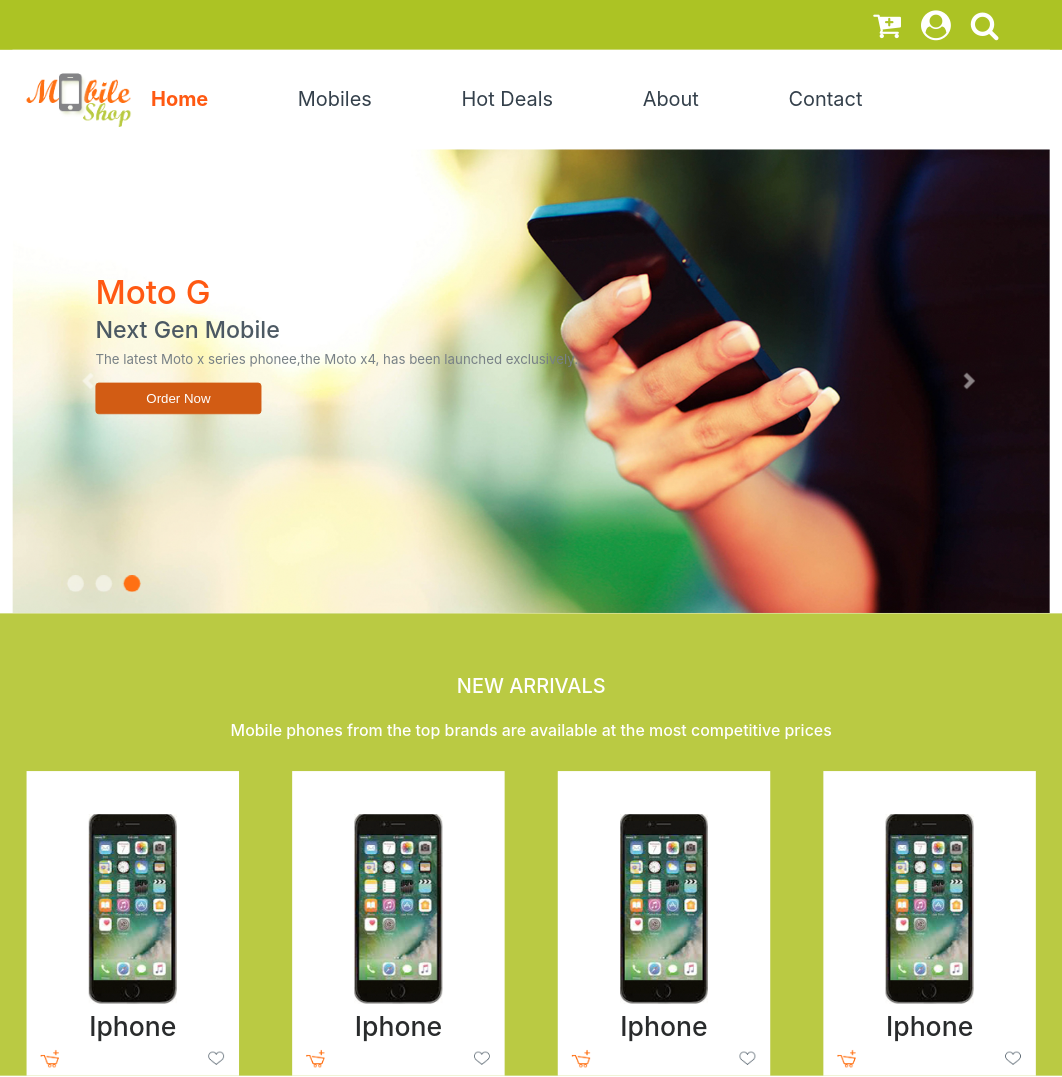
Repository: rajmohanr/mobile
Page: index.html
The author's editor kept a copy of each file at every save. The page is drawn from the files as they stood at one save, then again after the next save.
The browser window is 1280 px wide. The pictures show the whole page, at 83% of full size.

Above is the page before, as saved 2018-04-01 12:06:30.
Console error (its wording comes from the project's code and is left out).

### index.html
<!DOCTYPE html>
<html lang="en">
  <head>
    <meta charset="utf-8">
    <meta http-equiv="X-UA-Compatible" content="IE=edge">
    <meta name="viewport" content="width=device-width, initial-scale=1">

    <title>Bootstrap 4, from LayoutIt!</title>

    <meta name="description" content="Source code generated using layoutit.com">
    <meta name="author" content="LayoutIt!">

    <link href="css/bootstrap.min.css" rel="stylesheet">
	<link href="css/style.css" rel="stylesheet">
	<link rel="stylesheet" href="https://cdnjs.cloudflare.com/ajax/libs/font-awesome/4.7.0/css/font-awesome.min.css">

  </head>
  <body>

    <div class="container-fluid">
	<div class="row">
		<div class="col-md-12">
			<div class="row">
				<div class="col-md-12 top-bar">
					<a href="#" class="top-bar-icons last-icon"><i class="fa fa-search"  style="font-size:36px;color:white;"></i></a>
					<a href="#" class="top-bar-icons"><i class="fa fa-user-circle"  style="font-size:36px;color:white;"></i></a>
					<a href="#" class="top-bar-icons"><i class="fa fa-cart-plus"  style="font-size:36px;color:white;"></i></a>
				</div>
			</div>
			<nav class="navbar navbar-toggleable-md navbar-light bg-faded">

				<button class="navbar-toggler navbar-toggler-right" type="button" data-toggle="collapse" data-target="#bs-example-navbar-collapse-1">
					<span class="navbar-toggler-icon"></span>
				</button> <a class="navbar-brand" href="#"><img src="images/logo.png" /></a>
				<div class="collapse navbar-collapse" id="bs-example-navbar-collapse-1">
					<ul class="navbar-nav float-md-right">
						<li class="nav-item active">
							 <a class="nav-link" href="#">Home <span class="sr-only">(current)</span></a>
						</li>
						<li class="nav-item">
							 <a class="nav-link" href="#">Mobiles</a>
						</li>
						<li class="nav-item">
								<a class="nav-link" href="#">Hot Deals</a>
						</li>
						<li class="nav-item">
								<a class="nav-link" href="#">About</a>
						</li>
						<li class="nav-item">
								<a class="nav-link" href="#">Contact</a>
						</li>
					</ul>
				</div>
			</nav>

			<div class="row">
				<div class="col-md-12">
					<div class="carousel slide" id="carousel-452932">
						<ol class="carousel-indicators">
							<li data-slide-to="0" data-target="#carousel-452932">
							</li>
							<li data-slide-to="1" data-target="#carousel-452932">
							</li>
							<li data-slide-to="2" data-target="#carousel-452932" class="active">
							</li>
						</ol>
						<div class="carousel-inner">
							<div class="carousel-item">
								<img class="d-block w-100" alt="Carousel Bootstrap First" src="images/carosuel.png" />
								<div class="carousel-caption">
									<h4>
										Moto G
									</h4>
									<h3>
										Next Gen Mobile
									</h3>
									<p>
										The latest Moto x series phonee,the Moto x4, has been launched exclusively.
									</p>
									<button type="button" class="btn btn-primary">Order Now</button>
								</div>
							</div>
							<div class="carousel-item">
								<img class="d-block w-100" alt="Carousel Bootstrap Second" src="images/carosuel.png" />
								<div class="carousel-caption">
									<h4>
										Moto G
									</h4>
									<h3>
										Next Gen Mobile
									</h3>
									<p>
										The latest Moto x series phonee,the Moto x4, has been launched exclusively.
									</p>
									<button type="button" class="btn btn-primary">Order Now</button>
								</div>
							</div>
							<div class="carousel-item active">
								<img class="d-block w-100" alt="Carousel Bootstrap Third" src="images/carosuel.png" />
								<div class="carousel-caption">
									<h4>
										Moto G
									</h4>
									<h3>
										Next Gen Mobile
									</h3>
									<p>
										The latest Moto x series phonee,the Moto x4, has been launched exclusively.
									</p>
									<button type="button" class="btn btn-primary">Order Now</button>
								</div>
							</div>
						</div> <a class="carousel-control-prev" href="#carousel-452932" data-slide="prev"><span class="carousel-control-prev-icon"></span> <span class="sr-only">Previous</span></a> <a class="carousel-control-next" href="#carousel-452932" data-slide="next"><span class="carousel-control-next-icon"></span> <span class="sr-only">Next</span></a>
					</div>
				</div>
			</div>

		</div>
	</div>
	<div id="middle-wrapper" class="row">
		<div class="col-md-12">
			<div id="middle-title" class="row">
				<div class="col-md-12">
					<h1 class="text-center">
							NEW ARRIVALS
					</h1>
					<h2 class="text-center">
						Mobile phones from the top brands are available at the most competitive prices
					</h2>
				</div>
			</div>
			<div id="middle-box" class="row">
				<div class="col-md-3 middle-box-cont">

					<div class="image-section">
						<img src="images/mobile1.png" class="img-fluid" />
					</div>
					<div class="title-section">
						<h2>
							Iphone
						</h2>
					</div>
					<div class="bottom-section">
						<div class="cart-sec">
							<a href="#"><img src="images/cart.png"></a>
						</div>
						<div class="wishlist-sec">
							<a href="#"><img src="images/whishlist.png"></a>
						</div>

					</div>
				</div>
				<div class="col-md-3 middle-box-cont">

						<div class="image-section">
							<img src="images/mobile1.png" class="img-fluid" />
						</div>
						<div class="title-section">
							<h2>
								Iphone
							</h2>
						</div>
						<div class="bottom-section">
							<div class="cart-sec">
								<a href="#"><img src="images/cart.png"></a>
							</div>
							<div class="wishlist-sec">
								<a href="#"><img src="images/whishlist.png"></a>
							</div>

						</div>
					</div>
					<div class="col-md-3 middle-box-cont">

							<div class="image-section">
								<img src="images/mobile1.png" class="img-fluid" />
							</div>
							<div class="title-section">
								<h2>
									Iphone
								</h2>
							</div>
							<div class="bottom-section">
								<div class="cart-sec">
									<a href="#"><img src="images/cart.png"></a>
								</div>
								<div class="wishlist-sec">
									<a href="#"><img src="images/whishlist.png"></a>
								</div>

							</div>
						</div>
						<div class="col-md-3 middle-box-cont">

							<div class="image-section">
								<img src="images/mobile1.png" class="img-fluid" />
							</div>
							<div class="title-section">
								<h2>
									Iphone
								</h2>
							</div>
							<div class="bottom-section">
								<div class="cart-sec">
									<a href="#"><img src="images/cart.png"></a>
								</div>
								<div class="wishlist-sec">
									<a href="#"><img src="images/whishlist.png"></a>
								</div>

							</div>
						</div>
			</div>
		</div>
	</div>
	<div class="row">
		<div class="col-md-12">
		</div>
	</div>
</div>

    <script src="js/jquery.min.js"></script>
    <script src="js/bootstrap.min.js"></script>
    <script src="js/scripts.js"></script>
  </body>
</html>

### css/style.css
.top-bar{
    height: 60px;
    background-color: #acc324;
}

.top-bar-icons{
    float: right;
    padding: 12px;
    position: relative;
}

.last-icon{
    margin-right: 50px;
}

.navbar{
    height: 120px;
    background-color: #fff;
}

.navbar-light .navbar-nav .active>.nav-link, .navbar-light .navbar-nav .nav-link.active, .navbar-light .navbar-nav .nav-link.open, .navbar-light .navbar-nav .open>.nav-link{
    color: #ff5912!important;
    font-weight: bold;
    font-size: 24px;
}

.navbar-nav .nav-link{
    padding-right: 100px!important;
}

.navbar-light .navbar-nav .nav-link{
    color: #34404b!important;
    font-size: 24px;
}

.carousel-caption{
    text-align: left!important;
    left: 100px!important;
    bottom: 0px!important;
    top:130px!important;
}

.carousel-caption h4{
    color: #ff5912!important;
    font-size: 2.5rem!important;
}

.carousel-caption h3{
    color: #4C5963!important;
}

.carousel-caption p{
    color: #788186!important;
}
.btn-primary{
    color: #fff;
    background-color: #D25C14!important;
    border-color: #D25C14!important;
    width: 200px;
}

.carousel-indicators li {
    border-radius: 12px;
    width: 20px;
    height: 20px;
    max-width: 20px!important;
    margin-right: 1%;
}
.carousel-indicators {
    margin-right: 5%!important;
    margin-left: 5%!important;
    justify-content: left!important;
}

.carousel-indicators .active {
    background-color: #FF7013!important;
}

#middle-wrapper{
    background-color: #BACA43;
}
#middle-box{
    margin-top: 30px;
}
#middle-title h1{
    font-size: 1.5rem;
    color: #fff;
    margin-top: 75px;
}

#middle-title h2{
    font-size: 1.2rem;
    color: #fff;
    margin-top: 30px;
}

.middle-box-cont {
    background-color: #fff;
    flex: 0 0 20%;
    max-width: 20%;
    height: 367px!important;
    padding: 2px;
    margin: 0 auto;
    position: relative;
    float: left;

}

.image-section{
    text-align: center;
    margin: 50px;
    margin-bottom: 10px;
}

.title-section{
    text-align: center;
}

.bottom-section{

}

.cart-sec{
    width: 50%;
    float: left;
    padding-left: 15px;

}

.wishlist-sec{
    width: 50%;
    float: right;
    text-align: right;
    padding-right: 15px;
}

Loaded but not shown: css/bootstrap.min.css (library); js/jquery.min.js (library); js/bootstrap.min.js (library); js/scripts.js (common file)

After the next save:
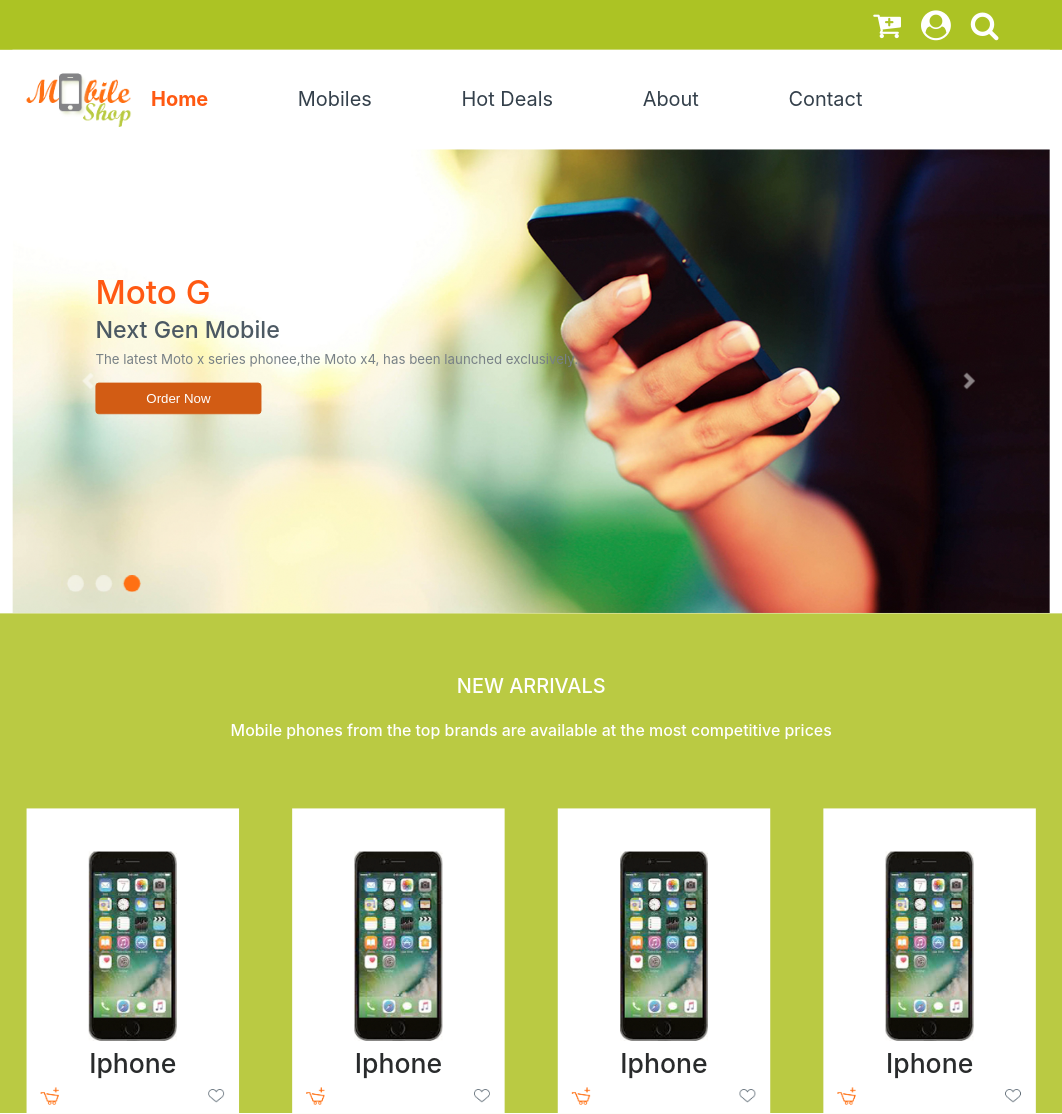
Saved 19 s later.
--- a/css/style.css
+++ b/css/style.css
@@ -80,7 +80,7 @@
     background-color: #BACA43;
 }
 #middle-box{
-    margin-top: 30px;
+    margin-top: 75px;
 }
 #middle-title h1{
     font-size: 1.5rem;
